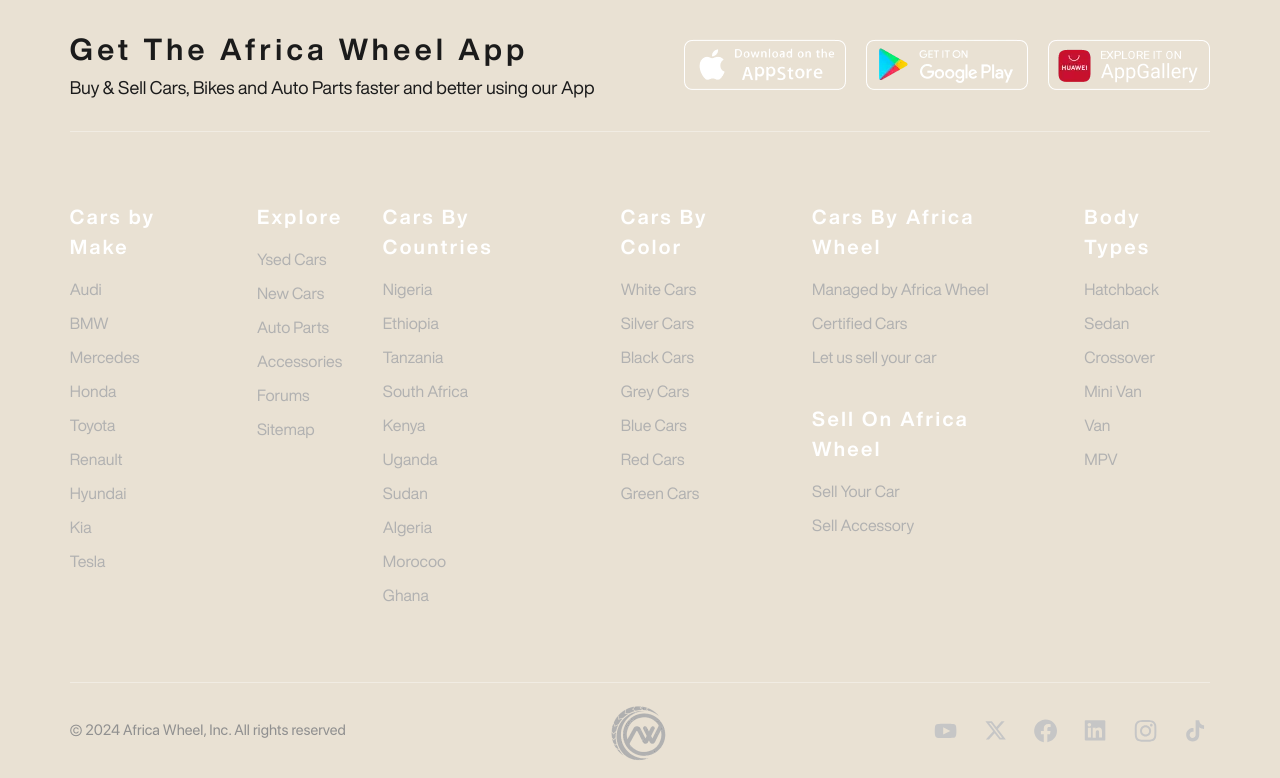
Repository: usmanunitedsol/africa_wheel
Page: pages/index.html
These files come from the project's save history. The page is drawn as it stood at one moment and after a run of saves; the edit follows.
The browser window is 1280 px wide. The pictures show the whole page.
The style sheet was rebuilt from its Sass, Less or Tailwind sources for each picture, by a compiler version that may differ from the author's.

Above is the page before, as saved 2024-08-29 16:06:17.
Console error: TypeError: Cannot read properties of null (reading 'addEventListener')

After the next 2 saves:
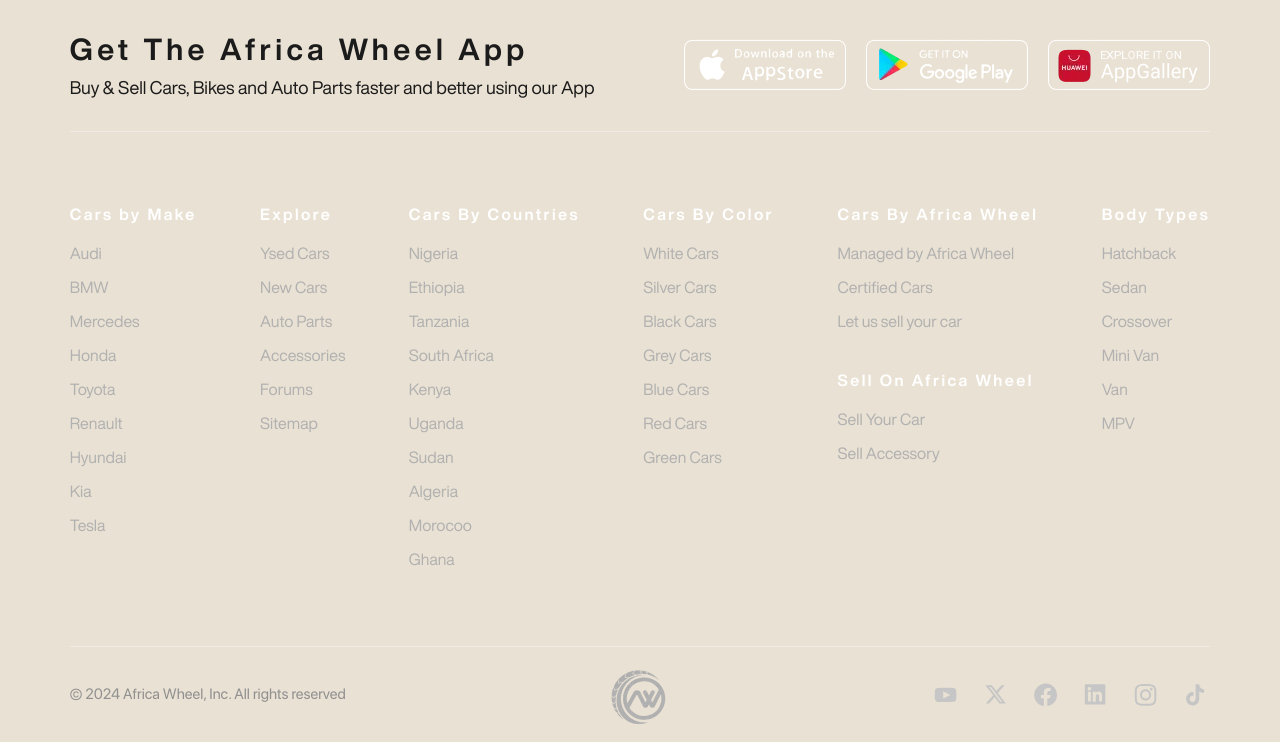
The 2 saves are shown as one change because they came seconds apart.
The last was saved 6 s later.
--- a/assets/style/less/footer.less
+++ b/assets/style/less/footer.less
@@ -96,7 +96,7 @@
         }
         .footer_body { padding: 30px 0; grid-gap: 20px;
                 .footer_block{
-                        .footer_title { font-size: 20px; line-height: 30px; font-weight: 600; margin-bottom: 10px; }
+                        .footer_title { font-size: 16px; line-height: 24px; font-weight: 600; margin-bottom: 10px; }
 
                         .links{ .footer_link {
                             font-size: 16px; line-height: 24px; display: block; padding: 5px 0px; transition: .3s ease-in-out;
